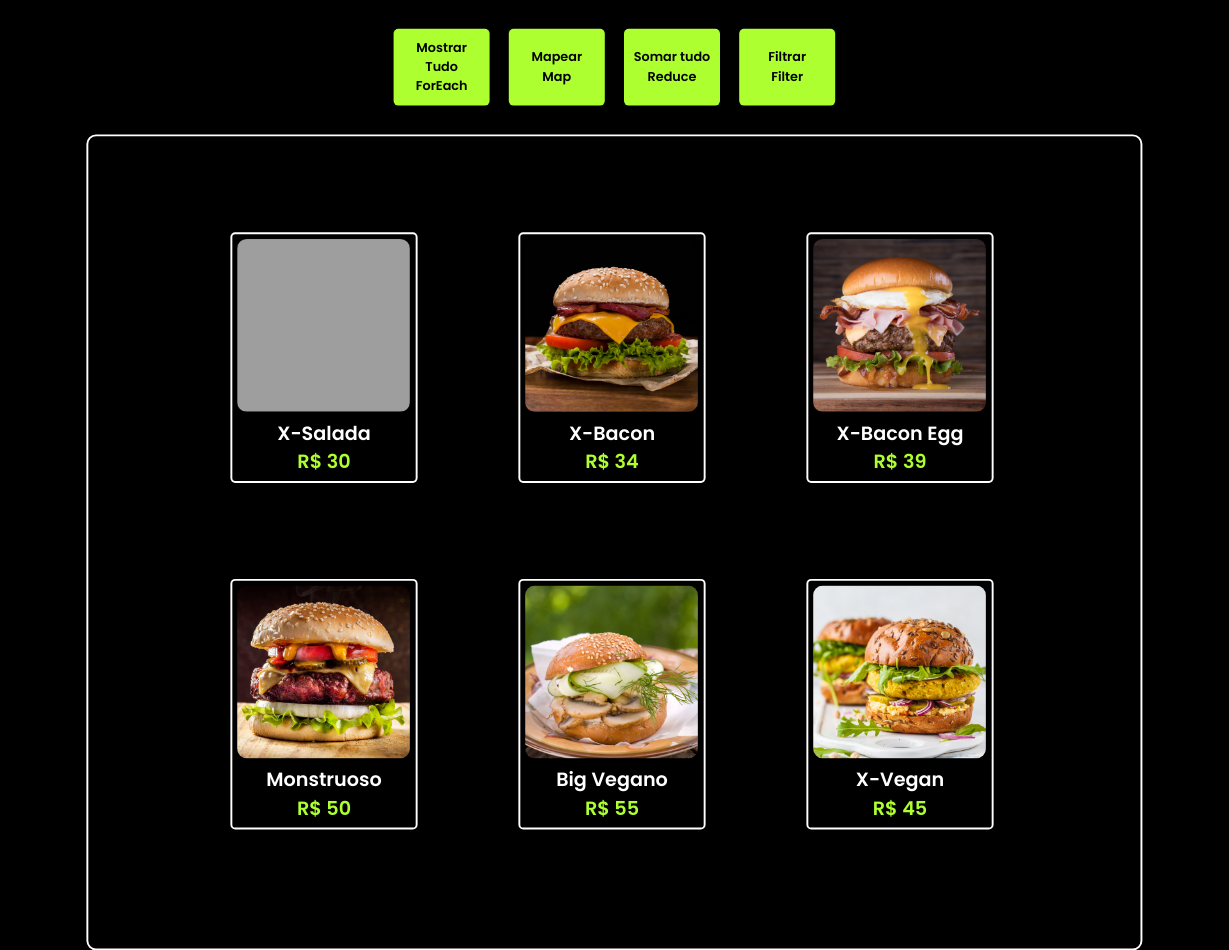
Repository: templaterj1991-Luiz/Main
Page: DevClub/Javascript/DevBurguer/index.html
An editor plug-in stored every save of this project. The page is shown before and after the next save, followed by the edit.
The browser window is 1280 px wide. The pictures show the whole page, at 96% of full size.
After loading, the first visible `#botao1` was clicked once.
Pictures or frames that could not be fetched are drawn as grey boxes.

Above is the page before, as saved 2026-05-19 18:06:04.

After the next save:
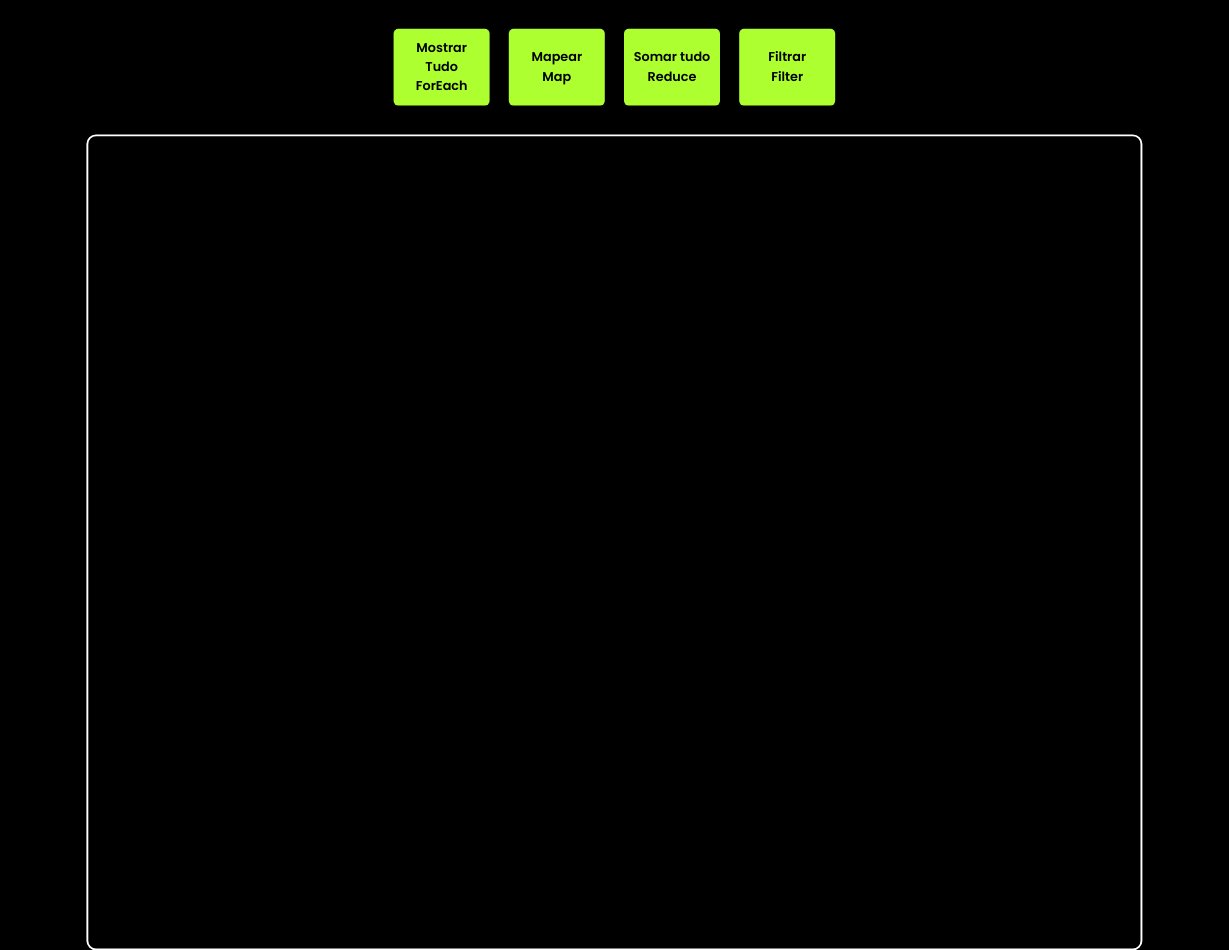
Console error: TypeError: product.price.tofixed is not a function
Saved 33 s later.
--- a/DevClub/Javascript/DevBurguer/javascript.js
+++ b/DevClub/Javascript/DevBurguer/javascript.js
@@ -9,7 +9,7 @@
      <li>
          <img src=${product.src}>
          <p>${product.name}</p>
-         <p class="price"> R$ ${product.price}</p>
+         <p class="price"> R$ ${product.price.tofixed(2)}</p>
      </li>
   `
 

After the save that followed:
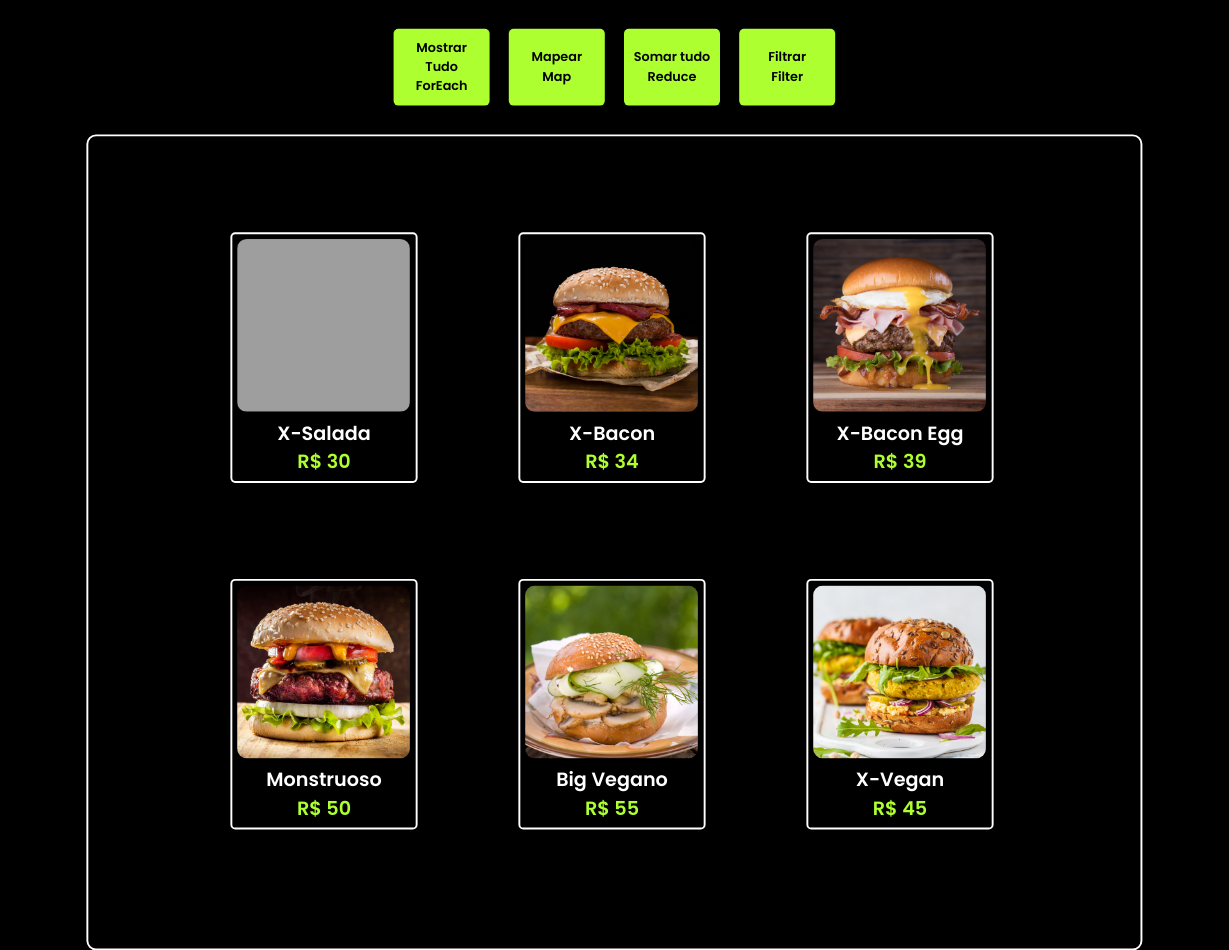
The error is gone.
Saved 35 s later.
--- a/DevClub/Javascript/DevBurguer/javascript.js
+++ b/DevClub/Javascript/DevBurguer/javascript.js
@@ -9,7 +9,7 @@
      <li>
          <img src=${product.src}>
          <p>${product.name}</p>
-         <p class="price"> R$ ${product.price.tofixed(2)}</p>
+         <p class="price"> R$ ${product.price}</p>
      </li>
   `
 
